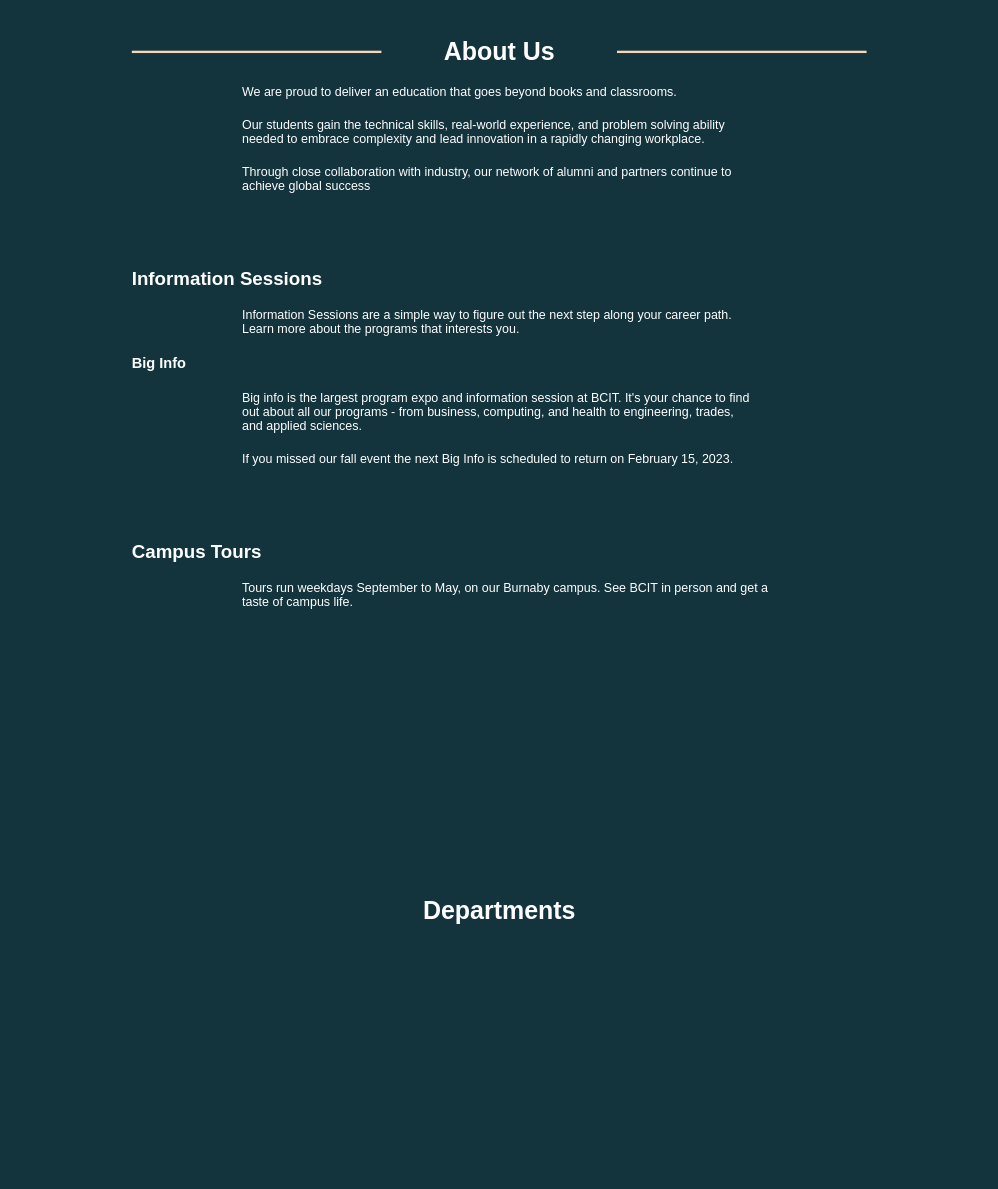
Repository: jennydmcm/assignment-1-playwright-site-A01338943
Page: /about
The author's editor kept a copy of each file at every save. The page is drawn from the files as they stood at one save, then again after the next save.
The browser window is 1280 px wide. The pictures show the whole page, at 78% of full size.
The project was rebuilt for these pictures with package versions that can differ from the ones it lists, and the page was loaded fresh each time. The framework's server and built-in components were replaced by stand-ins that run in the browser. Also part of the build but not shown: next.config.js.

Above is the page before, as saved 2023-02-08 13:38:55.

### pages/_app.js
import '../styles/globals.css'
import '../styles/variables.css'

function MyApp({ Component, pageProps }) {
  return <Component {...pageProps} />
}

export default MyApp

### pages/about.js
import Head from "next/head";
import Image from "next/image";
import { Inter } from "@next/font/google";
import styles from "@/styles/About.module.css";
const inter = Inter({ subsets: ["latin"] });

export default function Home() {
  return (
    <>
      <Head>
        <title>About Us</title>
        <meta name="description" content="Generated by create next app" />
        <meta name="viewport" content="width=device-width, initial-scale=1" />
        <meta name="author" content="MDIA 2109" />
        <meta property="og:title" content="Assignment #1 - About Us Page" />
        <meta
          property="og:description"
          content="BCIT Digital Design and Development Diploma"
        />
        <link rel="icon" href="/favicon.png" />
      </Head>
      <main className={styles.main}>
        <header>
          <div className={styles.about}>
            <div className={styles.header}>
              <hr className={styles.lines}></hr>
              <h1 className={styles.aboutTitle}>About Us</h1>
              <hr className={styles.lines}></hr>
            </div>
            <p className={styles.mainText}>
              We are proud to deliver an education that goes beyond books and
              classrooms.
            </p>
            <p className={styles.mainText}>
              Our students gain the technical skills, real-world experience, and
              problem solving ability <br></br>
              needed to embrace complexity and lead innovation in a rapidly
              changing workplace.
            </p>
            <p className={styles.mainText}>
              Through close collaboration with industry, our network of alumni
              and partners continue to <br></br>
              achieve global success
            </p>
          </div>
          <div className={styles.infosesh}>
            <h2>Information Sessions</h2>
            <p className={styles.mainText}>
              Information Sessions are a simple way to figure out the next step
              along your career path. <br></br>
              Learn more about the programs that interests you.
            </p>
            <h3 className={styles.bigInfo}>Big Info</h3>
            <p className={styles.mainText}>
              Big info is the largest program expo and information session at
              BCIT. It's your chance to find<br></br>
              out about all our programs - from business, computing, and health
              to engineering, trades,<br></br>
              and applied sciences.
            </p>
            <p className={styles.mainText}>
              If you missed our fall event the next Big Info is scheduled to
              return on February 15, 2023.
            </p>
          </div>

          <div className={styles.tours}>
            <h2>Campus Tours</h2>
            <p className={styles.mainText}>
              Tours run weekdays September to May, on our Burnaby campus. See
              BCIT in person and get a<br></br>
              taste of campus life.
            </p>
          </div>
          <div className={styles.dept}>
            <h1>Departments</h1>
          </div>
        </header>
        <a>
          <span>
            <img href="/upwardArrow.png"></img>
            <img href="downwardArrow.png"></img>
          </span>
        </a>
      </main>
    </>
  );
}

### styles/variables.css
:root{
    --primary-color: #fff;
    --secondary-color: #f4d6b9;
    --ternary-color: #14343d;
    --quaternary-color: #14343d;
    --quinary-color: rgba(16,46,53,0.5);

}

### styles/About.module.css
.main{
    background-color: var(--ternary-color);
    color: var(--primary-color);
    font-family: Arial, Helvetica, sans-serif;
    display: flex;
    flex-direction: column;
    align-items: center;
}
.about{
    display: flex;
    flex-direction: column;
    padding: 3rem;
    padding-bottom: 3rem;

}


.infosesh{
    display: flex;
    flex-direction: column;
    padding: 3rem;
    padding-bottom: 3rem;

}

.bigInfo{
    padding-top: 1.5rem;

}

.tours{
    display: flex;
    flex-direction: column;
    padding: 3rem;
    padding-bottom: 3rem;

}

.dept{
    display: flex;
    flex-direction: column;
    padding-top: 20rem;
    padding-bottom: 20rem;
    align-items: center;


}

.aboutTitle{
    display: flex;
    flex-direction: column;
    align-items: center;
    padding-left: 5rem;
    padding-right: 5rem;
}

.mainText{
    padding-top: 1.5rem;
    padding-left: 15%;

}

.lines{
    border-top: none;
    border-bottom: 0.2rem solid var(--secondary-color);
    border-left: none;
    border-right: none;
    width: 20rem;
}
.header{
    display: flex;
    flex-direction: row;
    align-items: center;
}

Loaded but not shown: pages/_document.js (common file); pages/api/hello.js (common file); styles/globals.css (common file)

After the next save:
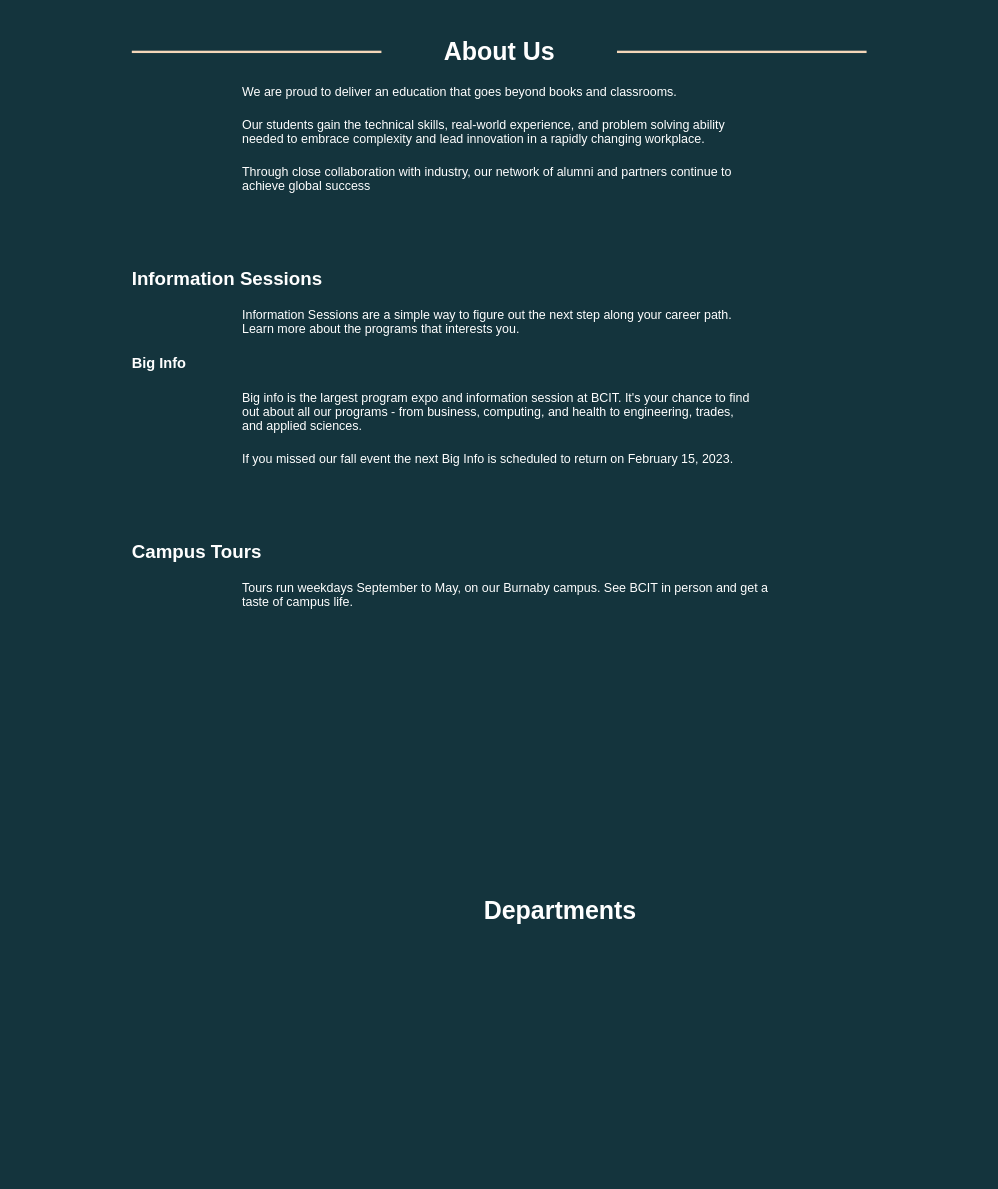
Saved 21 s later.
--- a/styles/About.module.css
+++ b/styles/About.module.css
@@ -42,6 +42,7 @@
     padding-top: 20rem;
     padding-bottom: 20rem;
     align-items: center;
+    padding-left: 15%;
 
 
 }

After the save that followed:
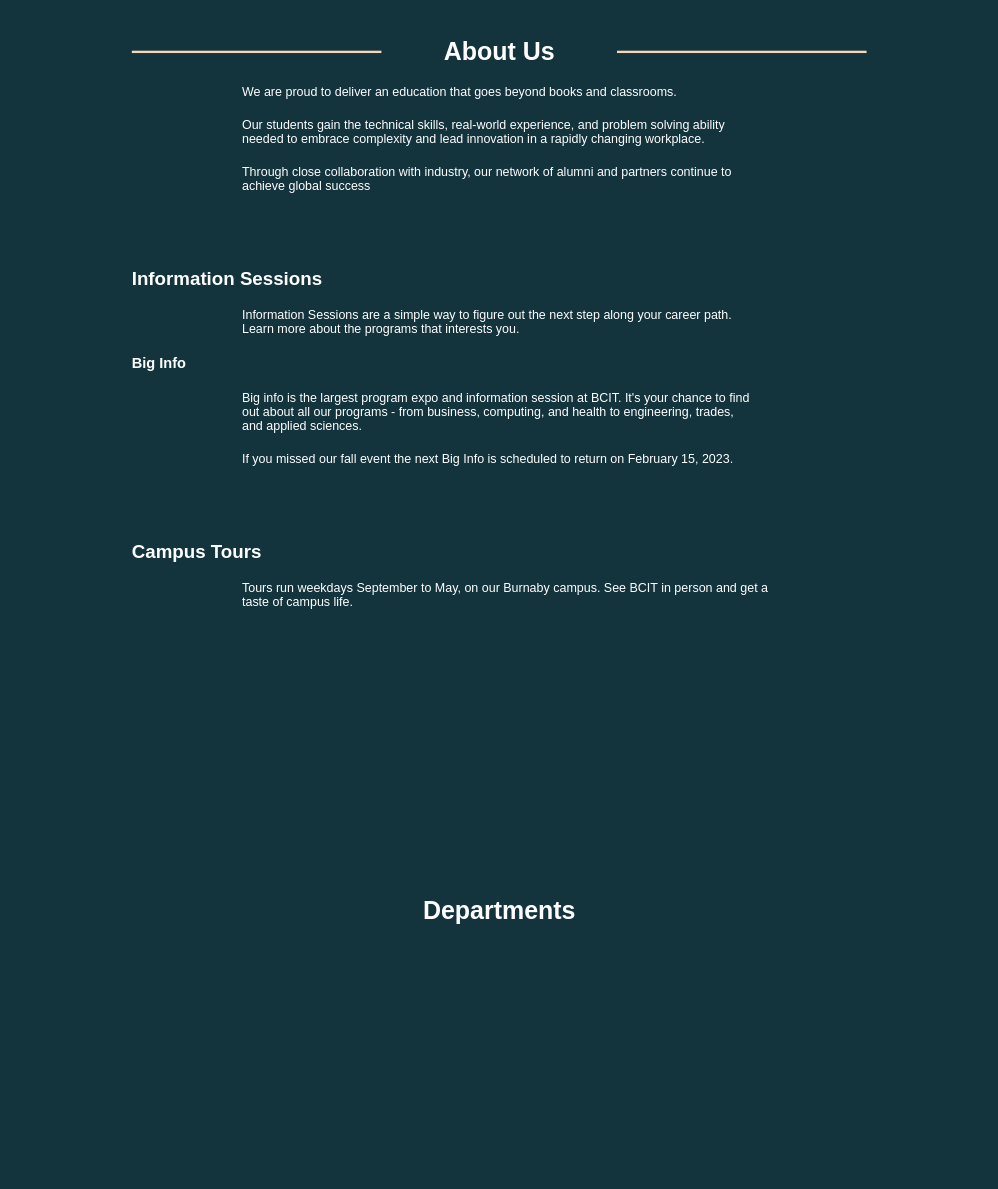
Saved 14 s later.
--- a/styles/About.module.css
+++ b/styles/About.module.css
@@ -34,6 +34,7 @@
     padding: 3rem;
     padding-bottom: 3rem;
 
+
 }
 
 .dept{
@@ -42,7 +43,7 @@
     padding-top: 20rem;
     padding-bottom: 20rem;
     align-items: center;
-    padding-left: 15%;
+
 
 
 }
